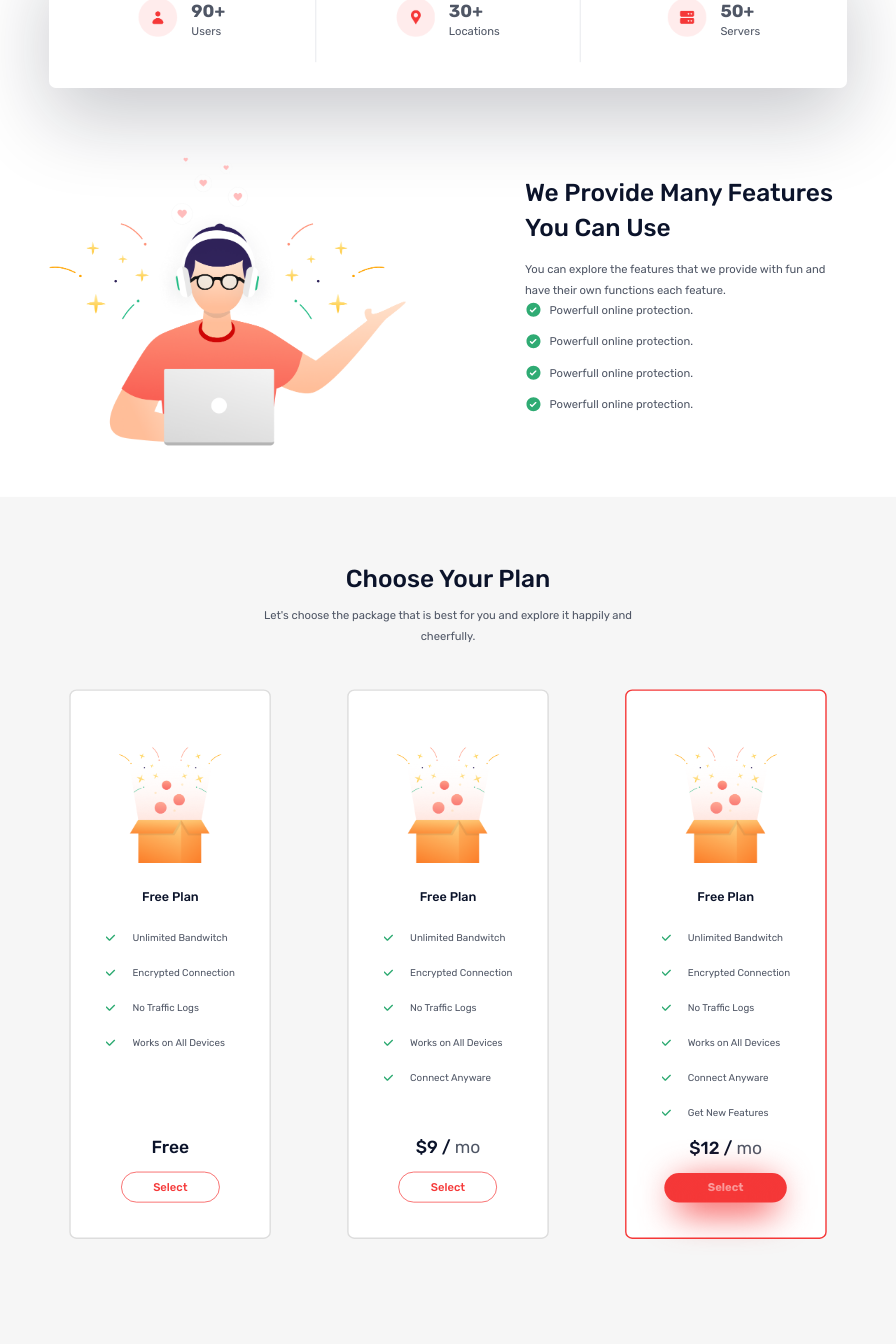
Repository: PhamTrungNguyen/LuyenTap
Page: LT_Figma/index.html
The author's editor kept a copy of each file at every save. The page is drawn from the files as they stood at one save, then again after the next save.
The browser window is 1280 px wide. The pictures show the part of the page from y = 677 to 2597 px (the page is 2597 px tall), at 70% of full size.
Some web libraries are served in a nearby version. The style sheet was rebuilt from its Sass, Less or Tailwind sources for each picture, by a compiler version that may differ from the author's.

Above is the page before, as saved 2021-12-08 22:49:43.
Console error: TypeError: Cannot read properties of null (reading 'addEventListener')

After the next save:
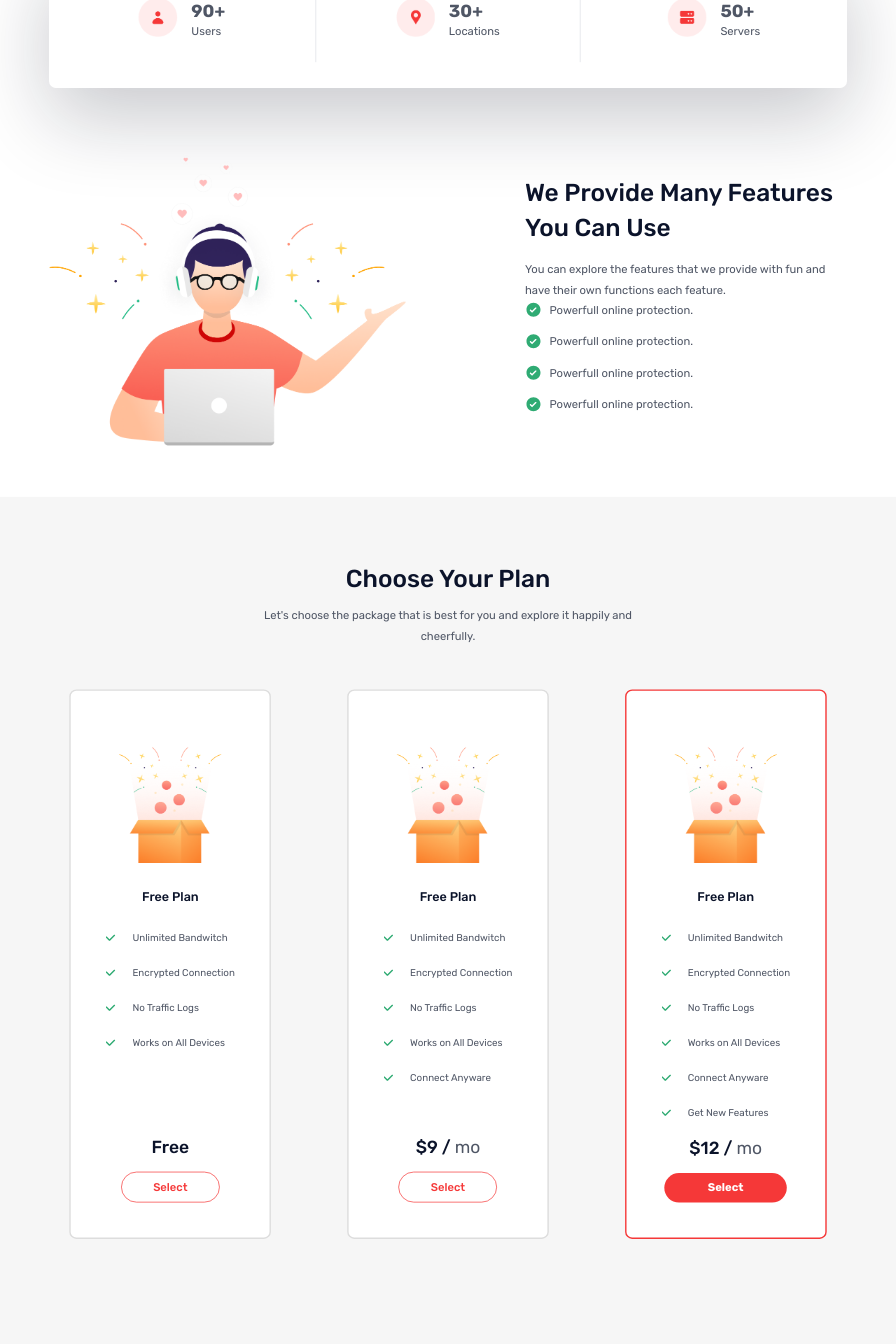
Saved 62 s later.
--- a/LT_Figma/sass/_global.scss
+++ b/LT_Figma/sass/_global.scss
@@ -71,7 +71,7 @@ button {
 
     &:after {
       content: "";
-      background: rgba(245, 56, 56, 0.979);
+      // background: rgba(245, 56, 56, 0.979);
       filter: blur(26px);
       position: absolute;
       top: 80%;
